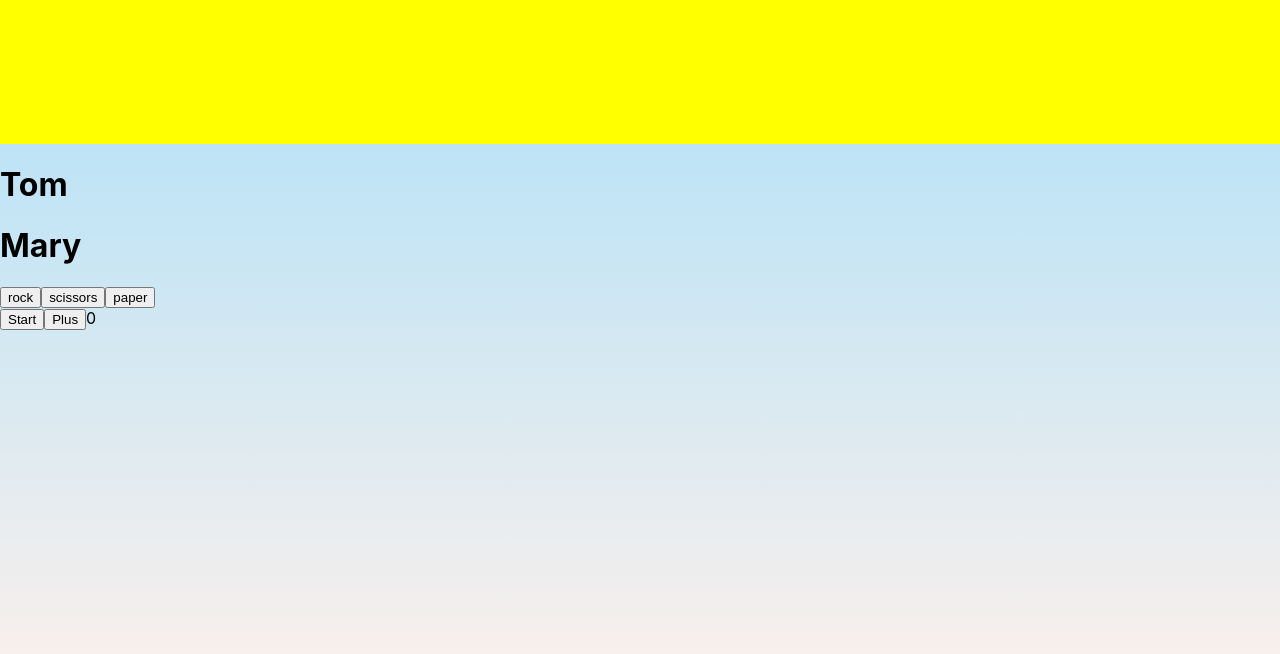
Repository: K009/Rock-Paper-Scissors
Page: /
An editor plug-in stored every save of this project. The page is shown before and after the next save, followed by the edit.
The browser window is 1280 px wide. The pictures show the whole page.
The project was rebuilt for these pictures with package versions that can differ from the ones it lists, and the page was loaded fresh each time.

Above is the page before, as saved 2020-05-13 08:30:40.

### src/App.js
import React, { Component } from "react";
import "./App.css";
import Player from "./components/Player";

const weapon = ["rock", "paper", "scissors"];

class App extends Component {
  constructor() {
    super();
    this.state = {
      playerOne: weapon[0],
      playerTwo: weapon[0],
      winner: "",
    };
    this.state = { counter: 0 };
  }

  startGame = () => {
    let counter = 0;
    let gameInterval = setInterval(() => {
      //to make a delay
      counter++;
      console.log(counter);
      this.setState({
        playerTwo: weapon[Math.floor(Math.random() * weapon.length)],
        winner: "",
      });
      if (counter > 5) {
        clearInterval(gameInterval);
        this.setState({
          winner: this.selectWinner(),
        });
      }
    }, 100);
  };

  selectWinner = () => {
    const { playerOne, playerTwo } = this.state;
    console.log("Player One: " + playerOne + "Player Two: " + playerTwo);
    if (playerOne === playerTwo) {
      console.log("It's a tie");
      return "It's a tie";
    } else if (
      (playerOne === "rock" && playerTwo === "scissors") ||
      (playerOne === "paper" && playerTwo === "rock") ||
      (playerOne === "scissors" && playerTwo === "paper")
    ) {
      return "Player one wins!";
    } else {
      return "Player two wins!";
    }
  };

  selectWeapon = (weapon) => {
    //in argument it gets a value that is going to be set for playerOne
    this.setState({
      playerOne: weapon, //here it gets changed
      winner: "", //winner without any changes - still ""
    });
  };

  increment() {
    this.setState({
      counter: this.state.counter + 1,
    });
  }

  render() {
    const { playerOne, playerTwo, winner } = this.state;
    return (
      <div className="App">
        <div className="Title"> </div>
        <div className="Players">
          <Player playerName="Tom" weapon={playerOne} />
          <Player playerName="Mary" weapon={playerTwo} />
        </div>
        <div>
          <button className="weapon" onClick={() => this.selectWeapon("rock")}>
            rock
          </button>
          <button
            className="weapon"
            onClick={() => this.selectWeapon("scissors")}
          >
            scissors
          </button>
          <button className="weapon" onClick={() => this.selectWeapon("paper")}>
            paper
          </button>
        </div>
        <div className="winner">{winner ? this.selectWinner() : null}</div>
        <button className="start" onClick={this.startGame}>
          Start
        </button>
        <button onClick={this.increment.bind(this)}>Plus</button>
        <output>{this.state.counter}</output>
      </div>
    );
  }
}

export default App;

### src/App.css
.App {
  min-height: 100vh;
  background-image: linear-gradient(to top, #fff1eb 0%, #ace0f9 100%);
}

.Title {
  min-height: 20vh;
  text-align: center;
  justify-content: space-around;
  background-color: yellow;
  display: flex;
  flex-wrap: wrap;
}

### src/components/Player.js
import React from "react";
//import style from "./player.module.css";

const Player = ({ playerName }) => {
  return (
    <div>
      <h1>{playerName}</h1>
    </div>
  );
};

export default Player;

Loaded but not shown: public/index.html (common file); src/index.js (common file); src/index.css (common file); src/serviceWorker.js (common file)

After the next save:
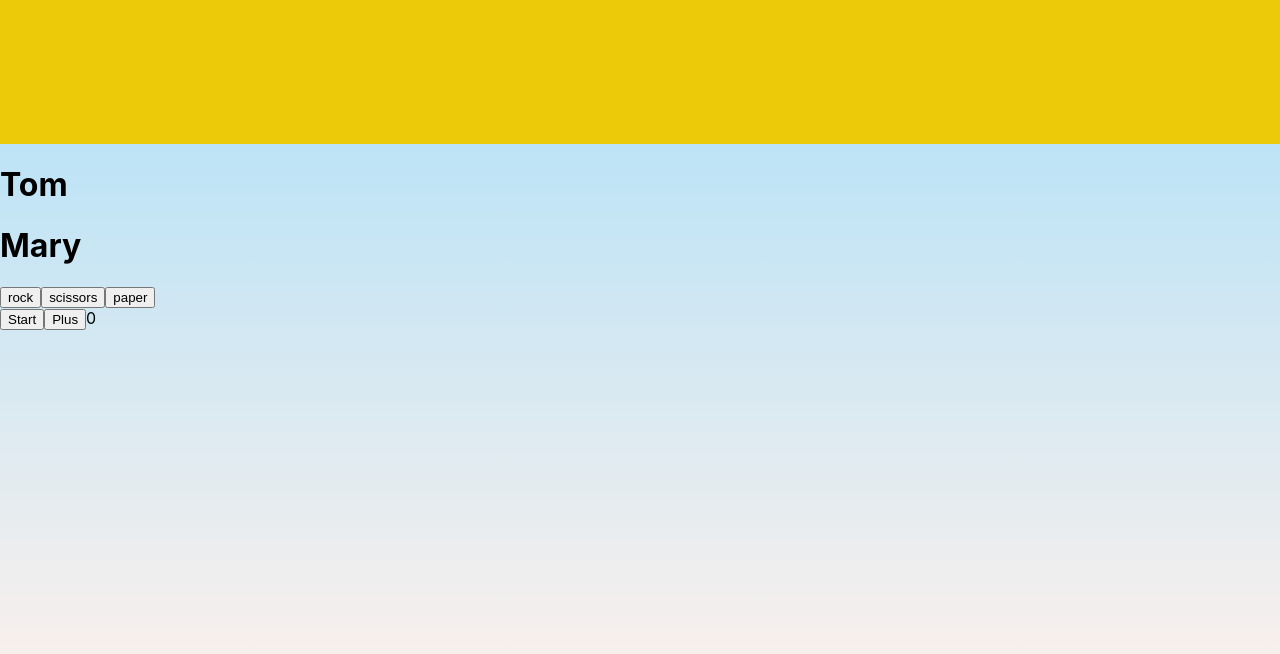
Saved 11 s later.
--- a/src/App.css
+++ b/src/App.css
@@ -7,7 +7,7 @@
   min-height: 20vh;
   text-align: center;
   justify-content: space-around;
-  background-color: yellow;
+  background-color: rgb(236, 202, 9);
   display: flex;
   flex-wrap: wrap;
 }
